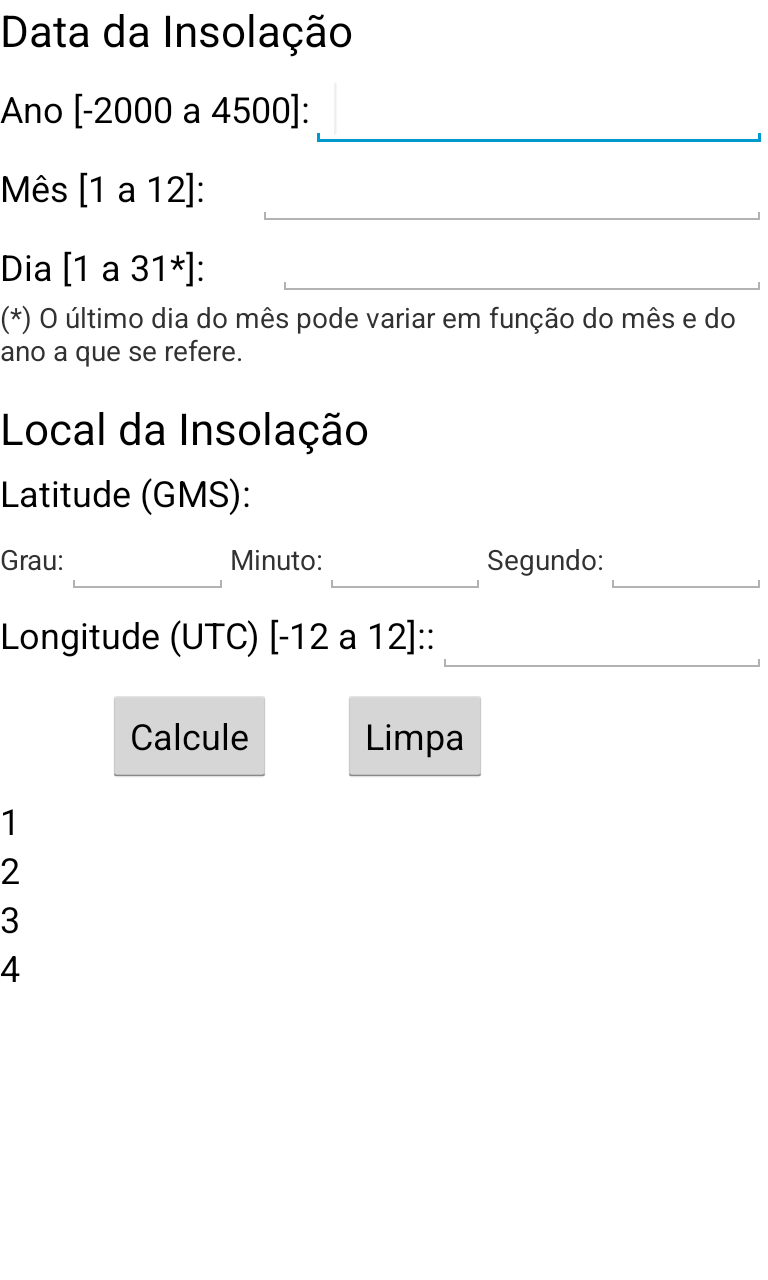
Repository: sergioPereiraBR/insolacao_terrestre
Layout: projeto/source code/InsolacaoTerrestre/res/layout/activity_insolacao_terrestre.xml
These files come from the project's save history. The layout is drawn as it stood at one moment and after the next save; the edit follows.
It is drawn on a 768 x 1280 px phone screen (xhdpi) without system bars, with theme AppTheme; the app's code is not run.

Above is the layout before, as saved 2016-11-23 20:46:13.

After the next save:
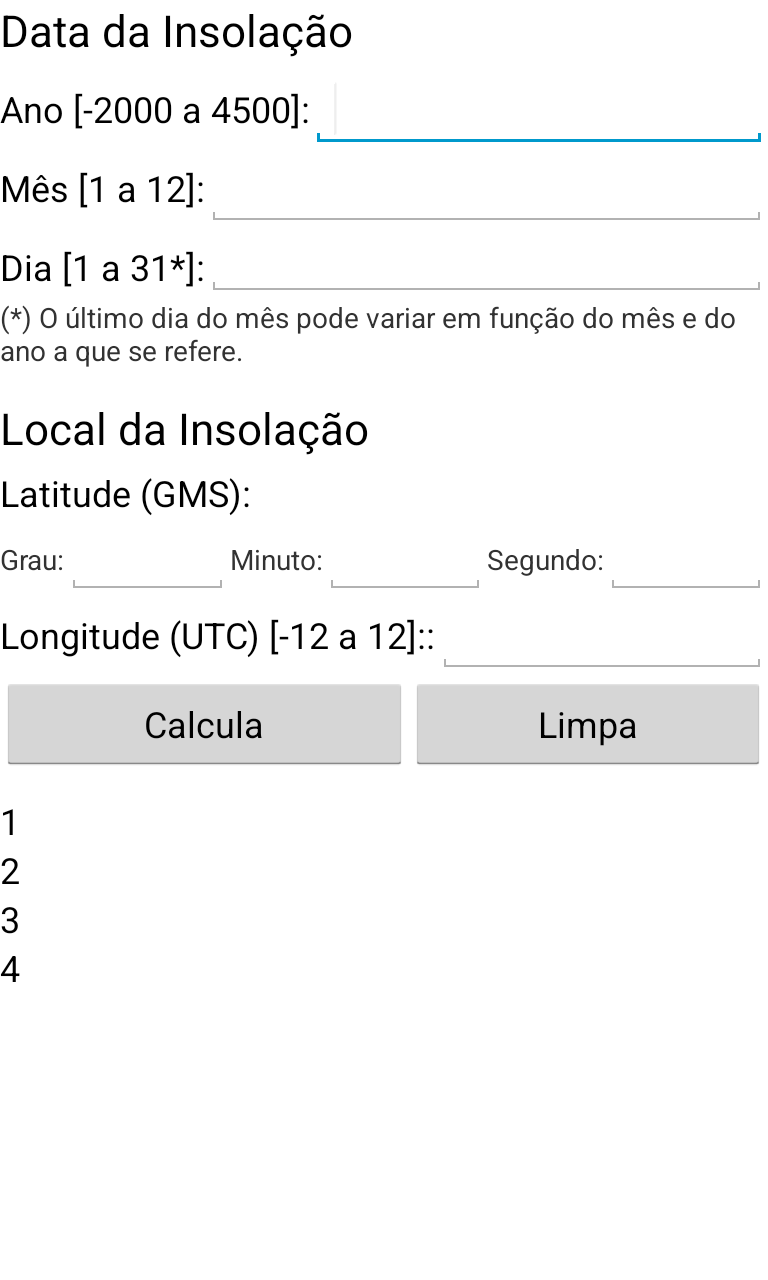
Saved 6 s later.
--- a/projeto/source code/InsolacaoTerrestre/res/layout/activity_insolacao_terrestre.xml
+++ b/projeto/source code/InsolacaoTerrestre/res/layout/activity_insolacao_terrestre.xml
@@ -31,7 +31,7 @@
 
         <EditText
             android:id="@+id/editText1"
-            android:layout_width="wrap_content"
+            android:layout_width="fill_parent"
             android:layout_height="wrap_content"
             android:layout_weight="1"
             android:ems="10"
@@ -48,7 +48,7 @@
 
         <TextView
             android:id="@+id/textView1"
-            android:layout_width="128dp"
+            android:layout_width="wrap_content"
             android:layout_height="wrap_content"
             android:text="Mês [1 a 12]:"
             android:textAppearance="?android:attr/textAppearanceMedium" />
@@ -76,13 +76,12 @@
                 android:id="@+id/textView2"
                 android:layout_width="wrap_content"
                 android:layout_height="wrap_content"
-                android:layout_weight="1"
                 android:text="Dia [1 a 31*]:"
                 android:textAppearance="?android:attr/textAppearanceMedium" />
 
             <EditText
                 android:id="@+id/editText3"
-                android:layout_width="wrap_content"
+                android:layout_width="fill_parent"
                 android:layout_height="wrap_content"
                 android:layout_weight="1"
                 android:ems="10"
@@ -203,33 +202,23 @@
     </LinearLayout>
 
     <LinearLayout
-        android:layout_width="match_parent"
-        android:layout_height="60dp" >
-
-        <RelativeLayout
-            android:layout_width="fill_parent"
-            android:layout_height="fill_parent" >
-
-            <Button
-                android:id="@+id/button1"
-                android:layout_width="wrap_content"
-                android:layout_height="wrap_content"
-                android:layout_alignParentLeft="true"
-                android:layout_centerVertical="true"
-                android:layout_marginLeft="53dp"
-                android:text="Calcule" />
-
-            <Button
-                android:id="@+id/button2"
-                android:layout_width="wrap_content"
-                android:layout_height="wrap_content"
-                android:layout_alignBaseline="@+id/button1"
-                android:layout_alignBottom="@+id/button1"
-                android:layout_marginLeft="34dp"
-                android:layout_toRightOf="@+id/button1"
-                android:text="Limpa" />
-
-        </RelativeLayout>
+        android:layout_width="fill_parent"
+        android:layout_height="60dp"
+        android:orientation="horizontal" >
+
+        <Button
+            android:id="@+id/button1"
+            android:layout_width="wrap_content"
+            android:layout_height="wrap_content"
+            android:layout_weight="0.44"
+            android:text="Calcula" />
+
+        <Button
+            android:id="@+id/button2"
+            android:layout_width="138dp"
+            android:layout_height="wrap_content"
+            android:layout_weight="0.15"
+            android:text="Limpa" />
 
     </LinearLayout>
 
